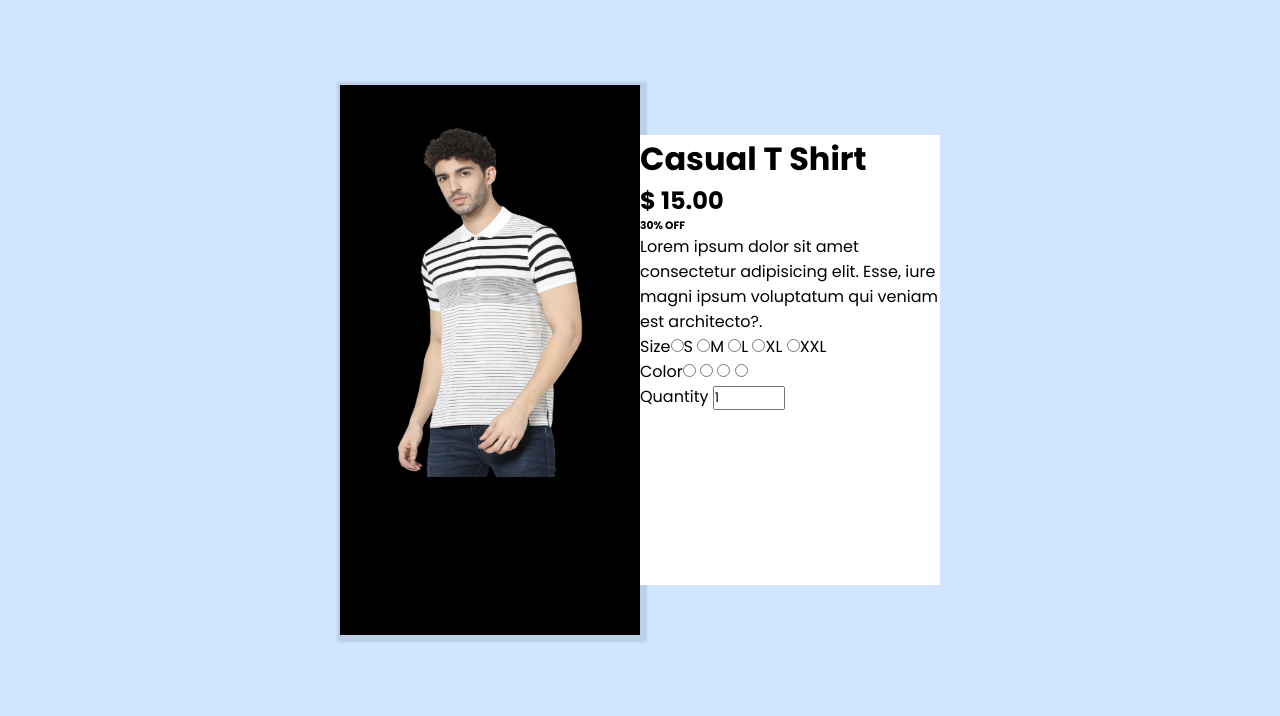
Repository: Ankitkr2021/Product-Page
Page: index.html
An editor plug-in stored every save of this project. The page is shown before and after a run of saves, followed by the edit.
The browser window is 1280 px wide. The pictures show the whole page.

Above is the page before, as saved 2025-10-24 10:54:39.

After the next 2 saves:
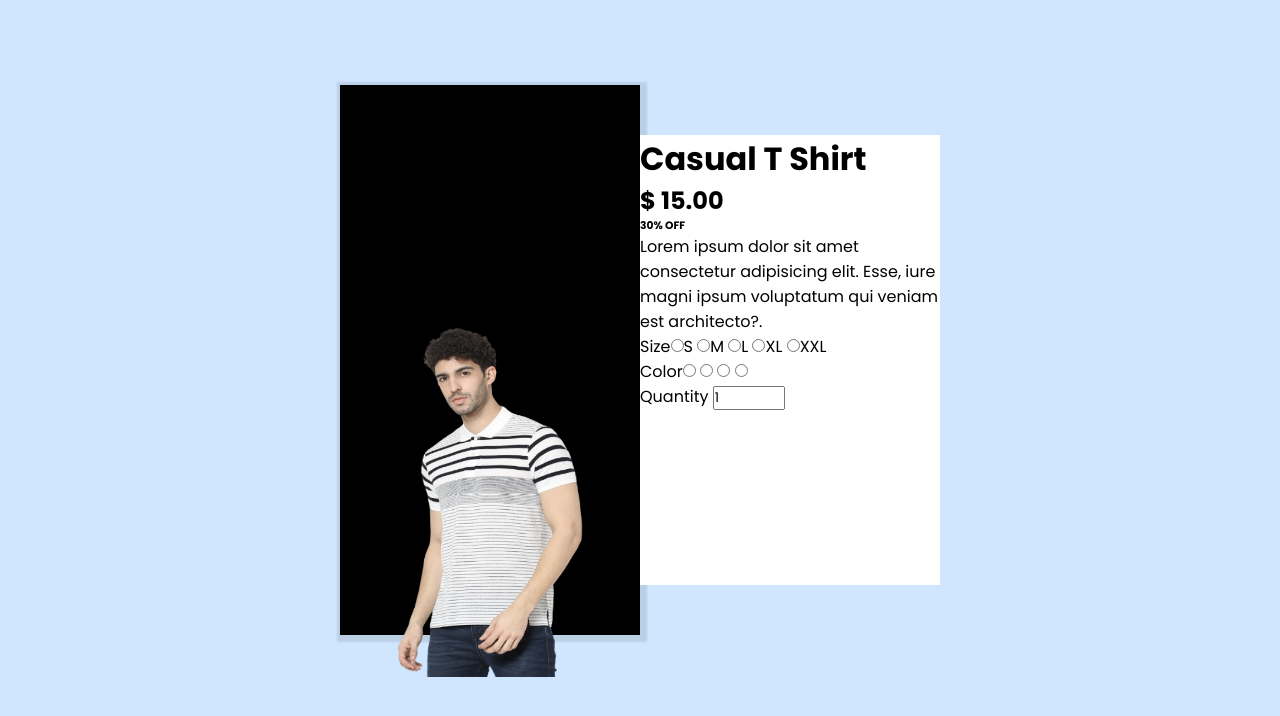
The 2 saves are shown as one change because they came seconds apart.
The last was saved 8 s later.
--- a/style.css
+++ b/style.css
@@ -25,7 +25,7 @@
 
 img {
     /* background: green; */
-    margin-top: 42px;
+    margin-top: 242px;
     height: 350px;
     width: 300px;
 }
